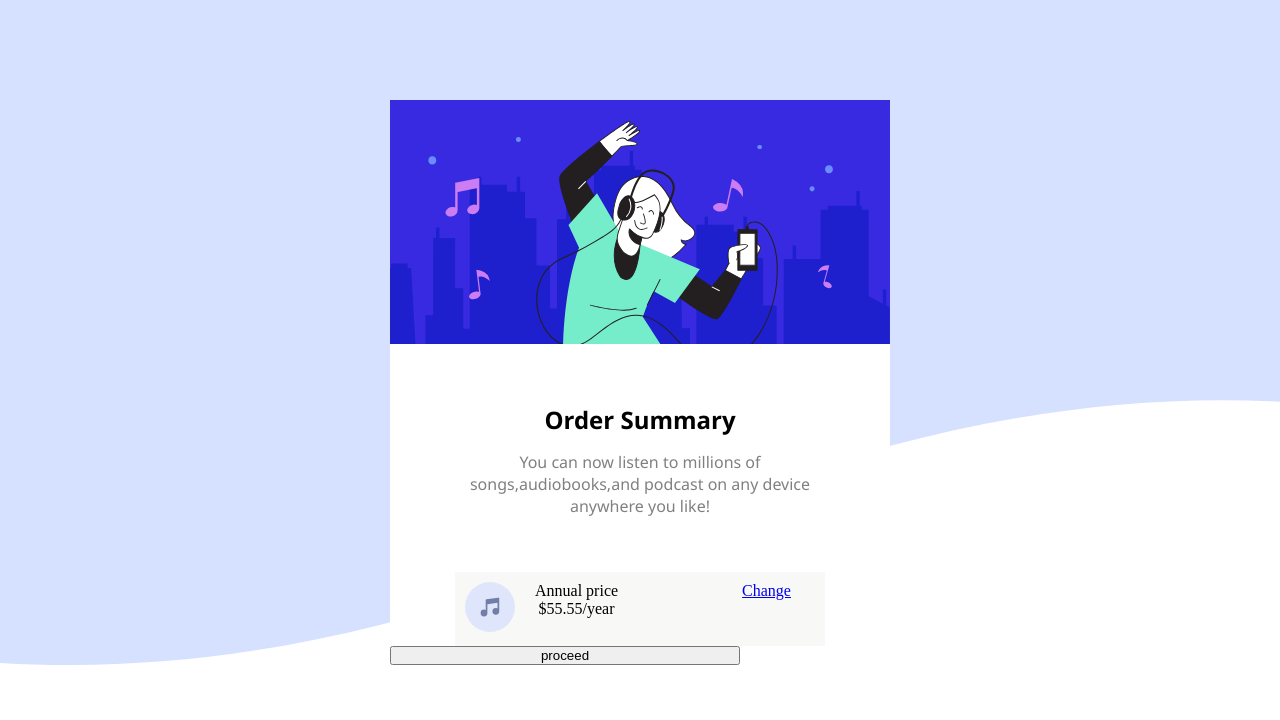
Repository: Eugene44-hub/newbie-project
Page: index.html
An editor plug-in stored every save of this project. The page is shown before and after the next save, followed by the edit.
The browser window is 1280 px wide. The pictures show the whole page.

Above is the page before, as saved 2021-08-29 03:46:21.

After the next save:
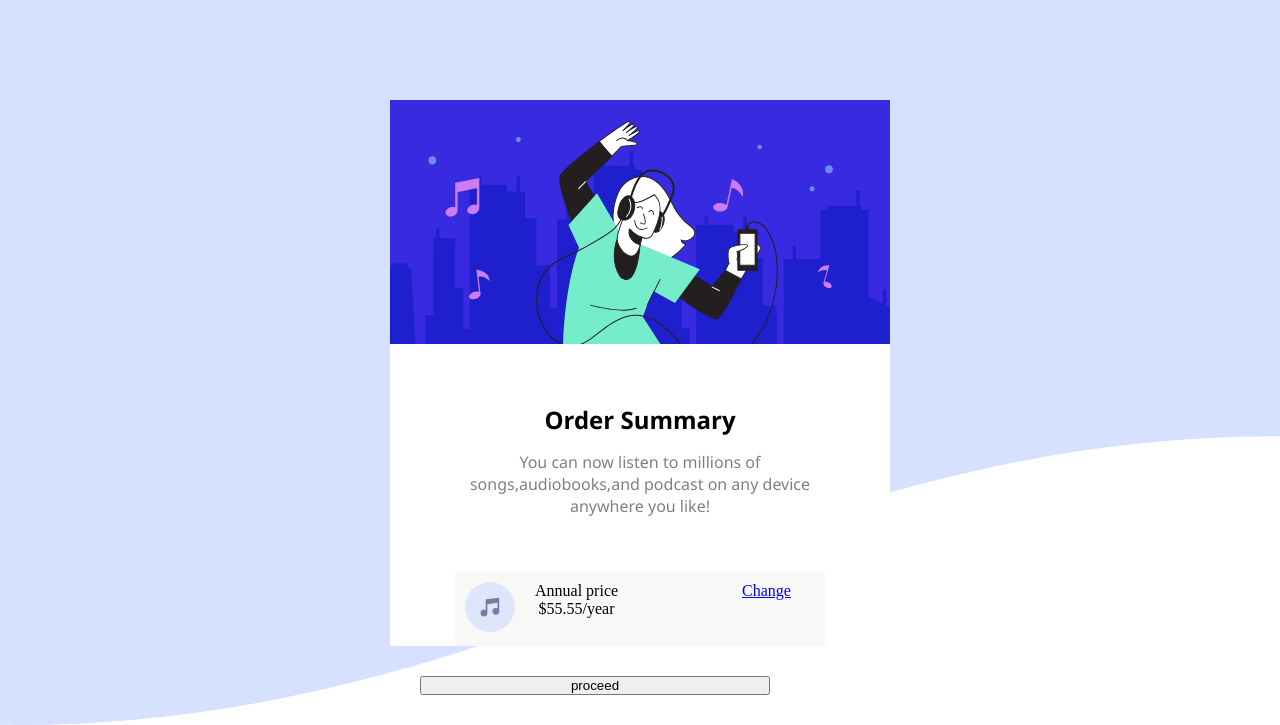
Saved 15 s later.
--- a/style.css
+++ b/style.css
@@ -76,5 +76,5 @@
 
 button {
     width: 70%;
-    margin: auto;
+    margin: 30px;
 }

After the save that followed:
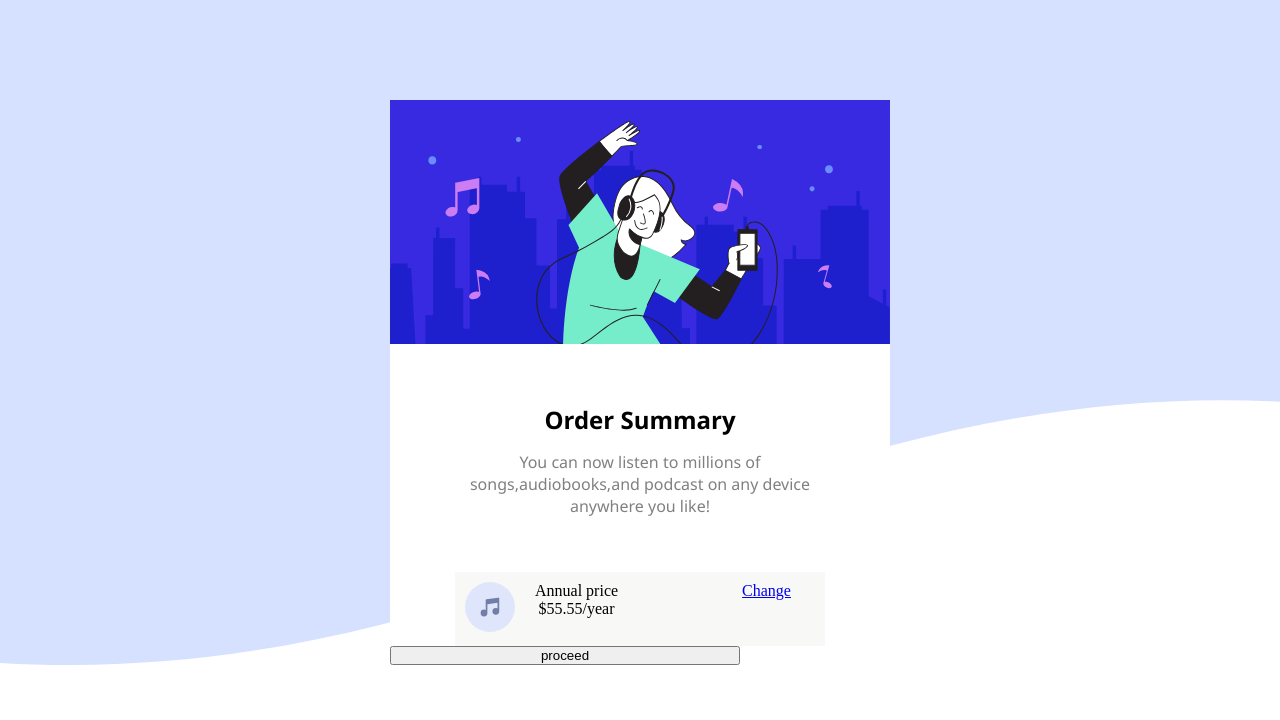
Saved 9 s later.
--- a/style.css
+++ b/style.css
@@ -76,5 +76,5 @@
 
 button {
     width: 70%;
-    margin: 30px;
+    margin: auto;
 }
